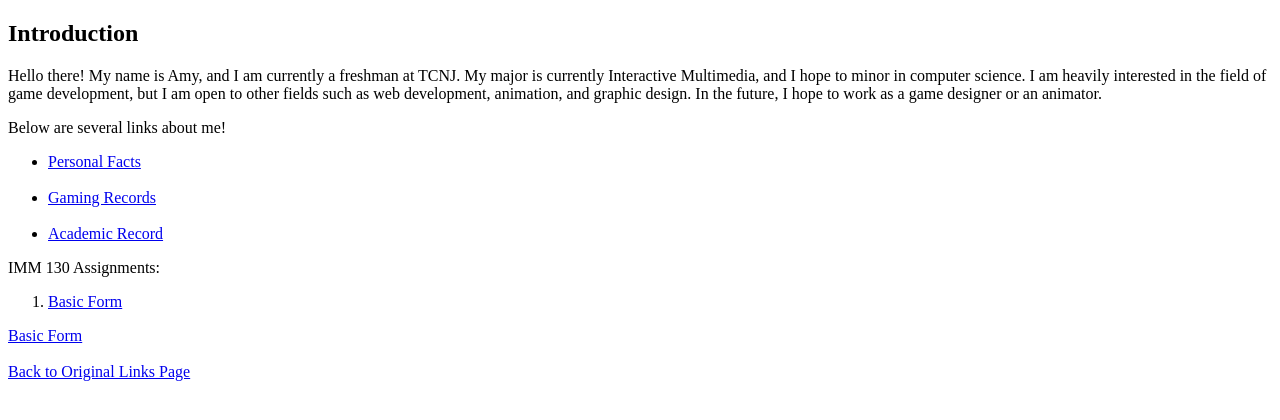
Repository: A-Vargas-GP/imm_my_website
Page: personal_site/introduction.html
The author's editor kept a record of every edit. The page is drawn from the files as they stood at one moment, then again after the next edit.
The browser window is 1280 px wide. The pictures show the whole page.

Above is the page before.

After the next edit:
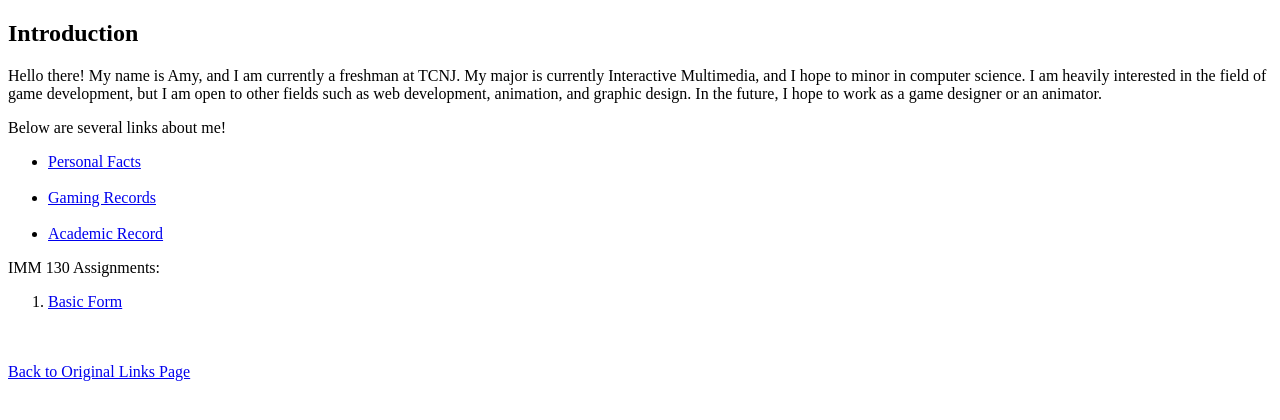
The edit:
--- a/personal_site/introduction.html
+++ b/personal_site/introduction.html
@@ -25,7 +25,6 @@
          <li> <a href = "../basic_form.html"> Basic Form </a> </li>
 
         </ol>
-        <a href = "../basic_form.html"> Basic Form </a>
 
         <br />
         <br />
